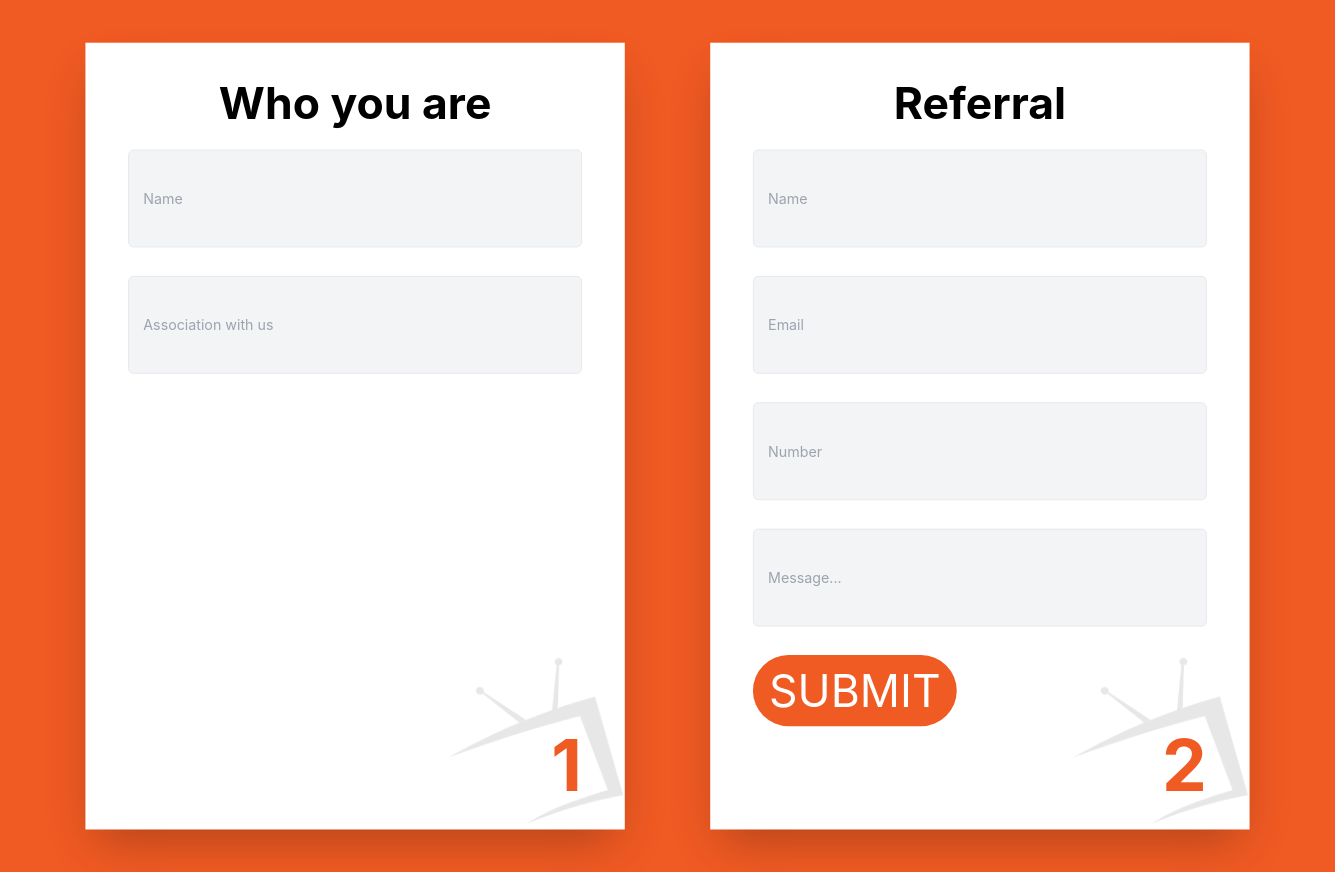
Repository: legenddev1202/whyclicktv
Page: /referrel
An editor plug-in stored every save of this project. The page is shown before and after the next save, followed by the edit.
The browser window is 1280 px wide. The page is 1500 px wide, so the pictures cover 1500 px, including what lies to the right of the window. The pictures show the whole page, at 89% of full size.
The project was rebuilt for these pictures with package versions that can differ from the ones it lists, and the page was loaded fresh each time. Also part of the build but not shown: src/App.css, src/pages/home.js, src/pages/about.js, src/pages/contact.js, src/pages/partners.js.

Above is the page before, as saved 2022-03-31 15:52:46.

### public/index.html
<!DOCTYPE html>
<html lang="en">
  <head>
    <meta charset="utf-8" />
    <link rel="icon" href="%PUBLIC_URL%/favicon.ico" />
    <meta name="viewport" content="width=device-width, initial-scale=1" />
    <meta name="theme-color" content="#000000" />
    <meta name="description" content="why-click" />
    <link rel="apple-touch-icon" href="%PUBLIC_URL%/favicon.ico" />
    <!--
      manifest.json provides metadata used when your web app is installed on a
      user's mobile device or desktop. See https://developers.google.com/web/fundamentals/web-app-manifest/
    -->
    <link rel="manifest" href="%PUBLIC_URL%/manifest.json" />
    <!--
      Notice the use of %PUBLIC_URL% in the tags above.
      It will be replaced with the URL of the `public` folder during the build.
      Only files inside the `public` folder can be referenced from the HTML.

      Unlike "/favicon.ico" or "favicon.ico", "%PUBLIC_URL%/favicon.ico" will
      work correctly both with client-side routing and a non-root public URL.
      Learn how to configure a non-root public URL by running `npm run build`.
    -->
    <title>WhyClick.tv</title>
  </head>
  <body>
    <noscript>WhyClick.tv</noscript>
    <div id="root"></div>
    <!--
      This HTML file is a template.
      If you open it directly in the browser, you will see an empty page.

      You can add webfonts, meta tags, or analytics to this file.
      The build step will place the bundled scripts into the <body> tag.

      To begin the development, run `npm start` or `yarn start`.
      To create a production bundle, use `npm run build` or `yarn build`.
    -->
  </body>
</html>

### src/index.css
@tailwind base;
@tailwind components;
@tailwind utilities;

body {
  margin: 0;
  font-family: -apple-system, BlinkMacSystemFont, "Segoe UI", "Roboto", "Oxygen",
    "Ubuntu", "Cantarell", "Fira Sans", "Droid Sans", "Helvetica Neue",
    sans-serif;
  -webkit-font-smoothing: antialiased;
  -moz-osx-font-smoothing: grayscale;
  height: 100%;
  min-height: 900px;
  min-width: 1500px;
}

code {
  font-family: source-code-pro, Menlo, Monaco, Consolas, "Courier New",
    monospace;
}

input::placeholder {
  font-size: 50;
}

input::-moz-placeholder {
  font-size: 50;
}

input::-webkit-input-placeholder {
  font-size: 50;
}

### src/App.js
import { Routes, Route, Link } from "react-router-dom";
import "./App.css";
import Home from "./pages/home";
import About from "./pages/about";
import Contact from "./pages/contact";
import Partners from "./pages/partners";
import Referral from "./pages/referral";

function App() {
  return (
    <Routes>
      <Route path="/" element={<Home />} />
      <Route path="about" element={<About />} />
      <Route path="contact" element={<Contact />} />
      <Route path="partners" element={<Partners />} />
      <Route path="referrel" element={<Referral />} />
    </Routes>
  );
}

export default App;

### src/pages/referral.js
import React from "react";
import { Routes, Route, Link } from "react-router-dom";

function Referral() {
  return (
    <div
      className="w-full h-full flex flex-col flex-1"
      style={{ backgroundColor: "#F05A23", height: "100vh", minHeight: 980 }}
    >
      <div className="w-full h-full p-12 flex h-full">
        <div className="w-1/2 p-12 mx-12 flex flex-col items-center bg-white h-11/12 relative shadow-2xl">
          <div className="text-4xl font-bold" style={{ fontSize: 50 }}>
            Who you are
          </div>
          <div className="w-full mt-8">
            <input
              className="w-full rounded-md border px-4 bg-gray-100"
              placeholder="Name"
              style={{ height: 110 }}
            ></input>
            <div className="w-full mt-8">
              <input
                className="w-full rounded-md border px-4 bg-gray-100"
                placeholder="Association with us"
                style={{ height: 110 }}
              ></input>
            </div>
          </div>
          <img
            className="logo-icon absolute bottom-0 right-0"
            src="assets/images/logos/tv-logo.png"
            width={203}
            height={192}
            alt="logo"
          />
          <div
            className="text-5xl font-bold absolute bottom-8 right-12"
            style={{ color: "#F05A23", fontSize: 80 }}
          >
            1
          </div>
        </div>
        <div className="w-1/2 p-12 mx-12 flex flex-col items-center bg-white h-11/12 relative shadow-2xl">
          <div className="text-4xl font-bold" style={{ fontSize: 50 }}>
            Referral
          </div>
          <div className="w-full mt-8">
            <input
              className="w-full rounded-md border px-4 bg-gray-100"
              placeholder="Name"
              style={{ height: 110 }}
            ></input>
            <div className="w-full mt-8">
              <input
                className="w-full rounded-md h-16 border px-4 bg-gray-100"
                placeholder="Email"
                style={{ height: 110 }}
              ></input>
            </div>
            <div className="w-full mt-8">
              <input
                className="w-full rounded-md h-16 border px-4 bg-gray-100"
                placeholder="Number"
                style={{ height: 110 }}
              ></input>
            </div>
            <div className="w-full mt-8">
              <input
                className="w-full rounded-md h-16 border px-4 bg-gray-100"
                placeholder="Message..."
                style={{ height: 110 }}
              ></input>
            </div>
          </div>
          <div className="self-start mt-8">
            <button
              className="rounded-full"
              style={{
                backgroundColor: "#F05A23",
                color: "white",
                fontSize: 50,
                height: 80,
                width: 229,
              }}
            >
              SUBMIT
            </button>
          </div>
          <img
            className="logo-icon absolute bottom-0 right-0"
            src="assets/images/logos/tv-logo.png"
            width={203}
            height={192}
            alt="logo"
          />
          <div
            className="text-5xl font-bold absolute bottom-8 right-12"
            style={{ color: "#F05A23", fontSize: 80 }}
          >
            2
          </div>
        </div>
      </div>
    </div>
  );
}

export default Referral;

Loaded but not shown: src/index.js (common file); src/reportWebVitals.js (common file); tailwind.config.js (common file)

After the next save:
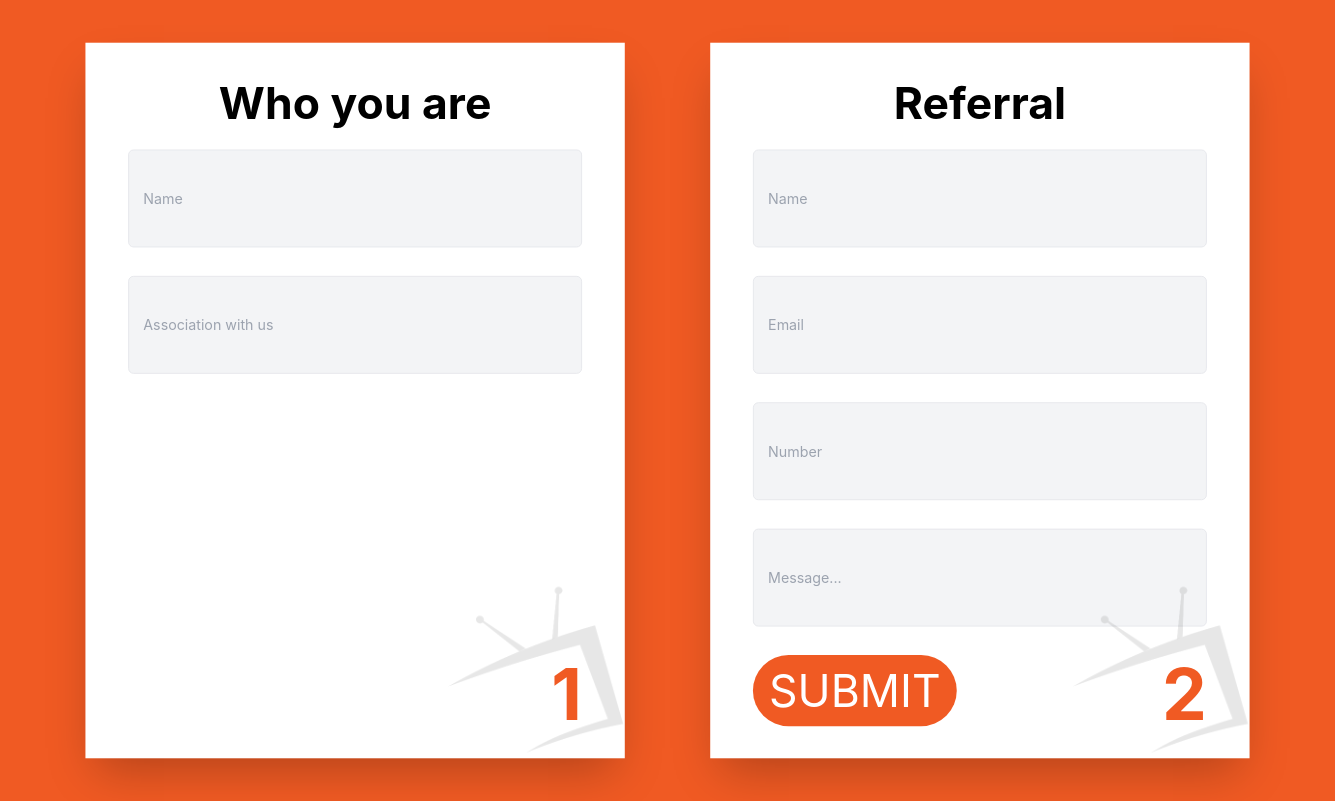
Saved 15 s later.
--- a/src/pages/referral.js
+++ b/src/pages/referral.js
@@ -5,7 +5,7 @@ function Referral() {
   return (
     <div
       className="w-full h-full flex flex-col flex-1"
-      style={{ backgroundColor: "#F05A23", height: "100vh", minHeight: 980 }}
+      style={{ backgroundColor: "#F05A23", height: "100vh", minHeight: 900 }}
     >
       <div className="w-full h-full p-12 flex h-full">
         <div className="w-1/2 p-12 mx-12 flex flex-col items-center bg-white h-11/12 relative shadow-2xl">
